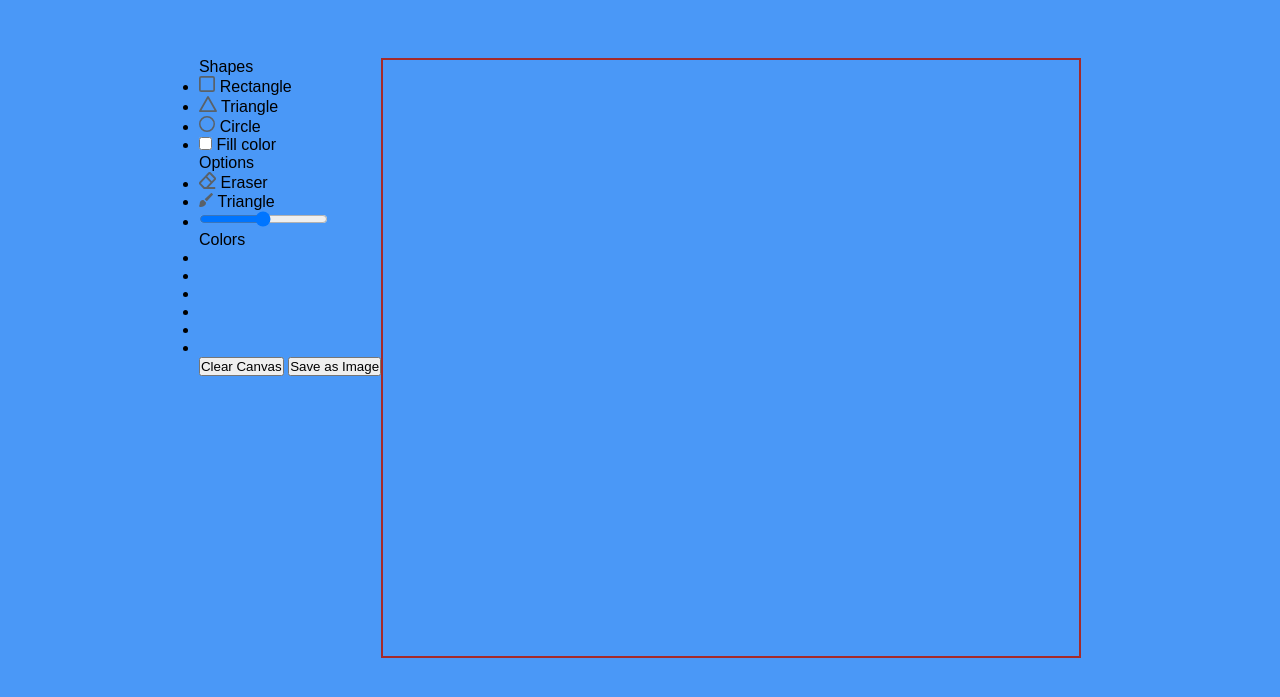
Repository: mdsajib50/Drawing-app
Page: index.html
These files come from the project's save history. The page is drawn as it stood at one moment and after a run of saves; the edit follows.
The browser window is 1280 px wide. The pictures show the whole page.

Above is the page before, as saved 2025-02-17 21:32:58.

### index.html
<!DOCTYPE html>
<html lang="en">
<head>
    <meta charset="UTF-8">
    <meta name="viewport" content="width=device-width, initial-scale=1.0">
    <link rel="stylesheet" href="style.css">
    <title>Drawing App</title>
</head>
<body>
    <div class="container">
        <aside>
            <div class="row">
                <label for="" class="title">Shapes</label>
               <ul class="options">
                <li class="option">
                    <img src="icons/icons/rectangle.svg" alt="">
                    <span>Rectangle</span>
                </li>
                <li class="option">
                    <img src="icons/icons/triangle.svg" alt="">
                    <span>Triangle</span>
                </li>
                <li class="option">
                    <img src="icons/icons/circle.svg" alt="">
                    <span>Circle</span>
                </li>
                <li class="option">
                    <input type="checkbox" name="" id="">
                    <label for="">Fill color</label>
                </li>
               </ul>
            </div>
            <div class="row">
                <label for="" class="title">Options</label>
               <ul class="options">
                <li class="option">
                    <img src="icons/icons/eraser.svg" alt="">
                    <span>Eraser</span>
                </li>
                <li class="option">
                    <img src="icons/icons/brush.svg" alt="">
                    <span>Triangle</span>
                </li>
                <li class="option">
                    <input type="range" name="" id="size-slider">
                </li>
               </ul>
            </div>
            <div class="row">
                <label for="" class="title">Colors</label>
               <ul class="colors">
                <li class="option"></li>
                <li class="option"></li>
                <li class="option"></li>
                <li class="option"></li>
                <li class="option"></li>
                <li class="option"></li>
               </ul>
            </div>
            <div class="row">
               <button class="clear-canvas" type="button">Clear Canvas</button>
               <button class="save-image" type="button">Save as Image</button>
            </div>
        </aside>
        <div>
            <canvas id="mycanvas"></canvas>
        </div>
    </div>
    <script src="script.js"></script>
</body>
</html>

### style.css
*{
    margin: 0;
    padding: 0;
    box-sizing: border-box;
    font-family: 'Poppins', sans-serif;
}

body{
    display: flex;
    justify-content: center;
    align-items: center;
    min-height: 100vh;
    background-color: #4A98F7;
}
.container{
    display: flex;

}
canvas{
    width: 700px;
    height: 600px;
    border: 2px solid brown;
}

### script.js
const drawing = document.getElementById('myCanvas');

After the next 6 saves:
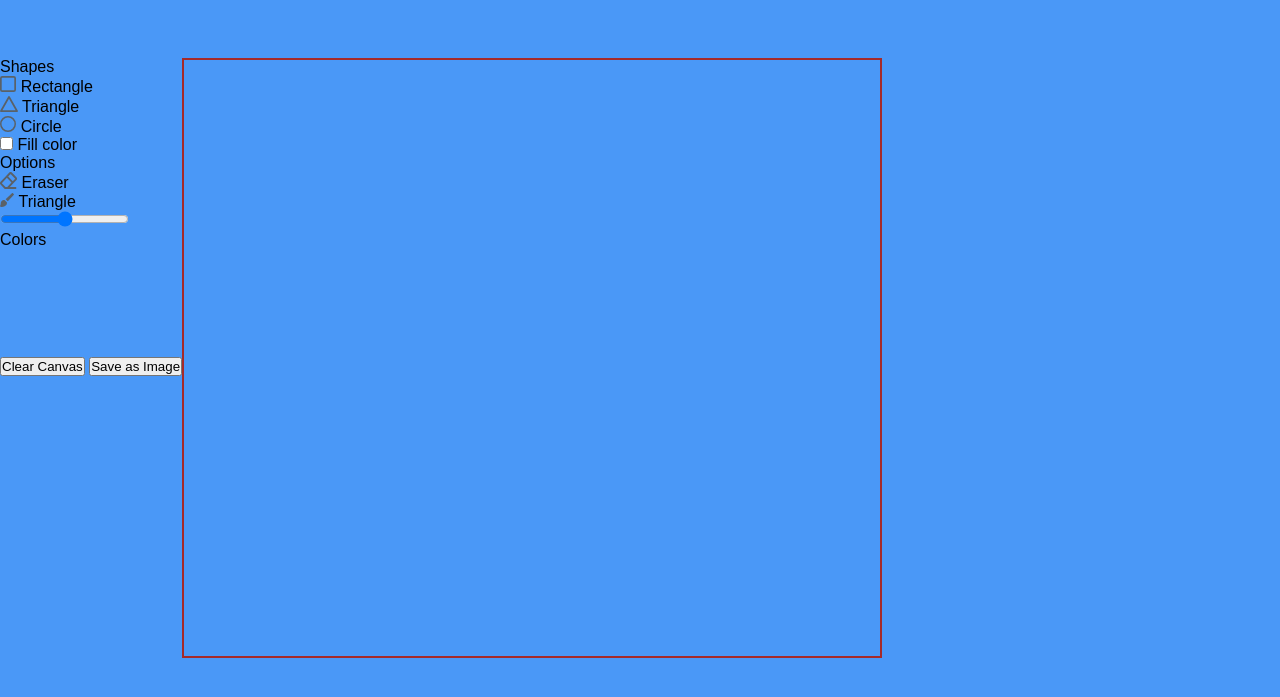
The 6 saves are shown as one change because they came seconds apart.
The last was saved 16 s later.
--- a/style.css
+++ b/style.css
@@ -14,7 +14,8 @@ body{
 }
 .container{
     display: flex;
-
+    width: 100%;
+    max-width: ;
 }
 canvas{
     width: 700px;
